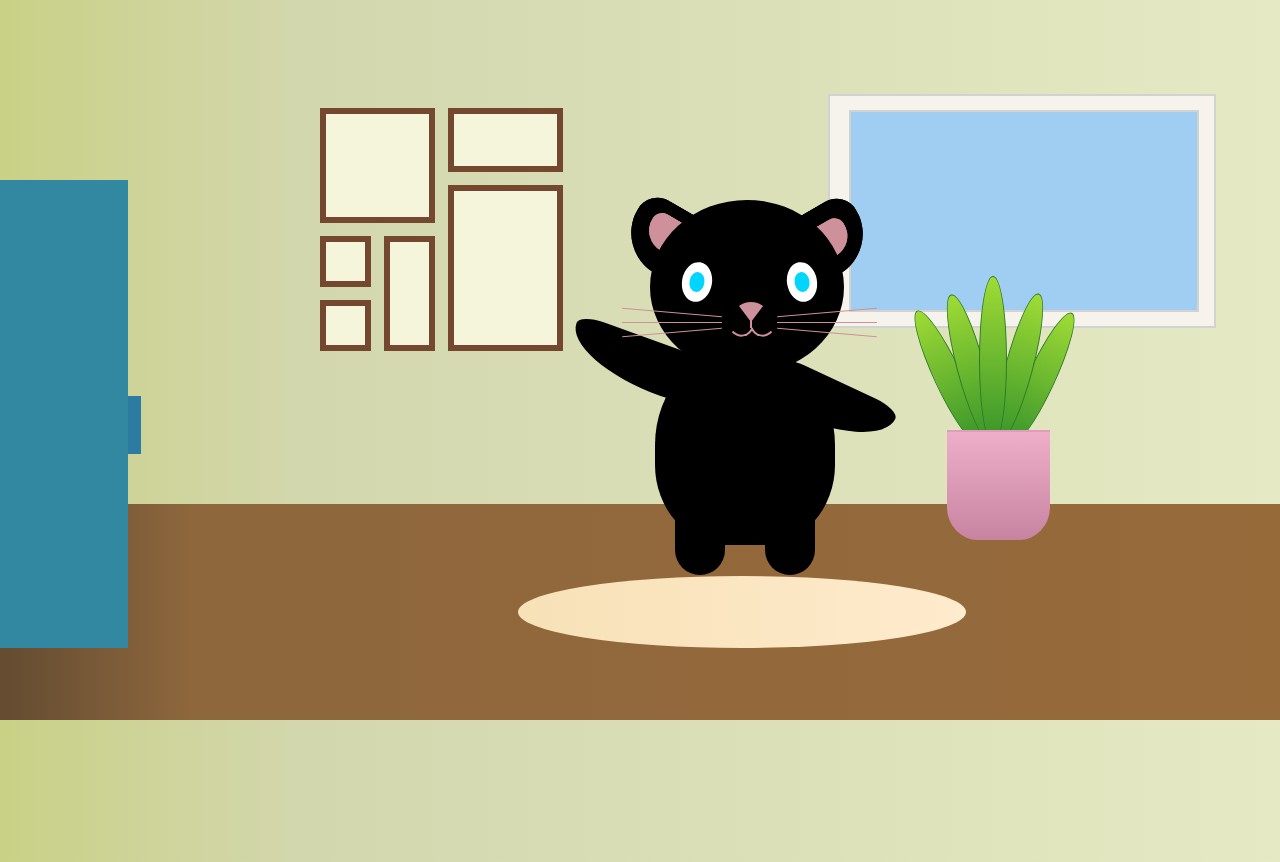
Repository: SandyLy453/COMP-2170-team-project
Page: index.html
The author's editor kept a copy of each file at every save. The page is drawn from the files as they stood at one save, then again after a run of saves.
The browser window is 1280 px wide. The pictures show the whole page.

Above is the page before, as saved 2024-05-03 14:15:59.

### index.html
<!DOCTYPE html>
<html lang="en">
<head>
    <meta charset="UTF-8">
    <meta name="viewport" content="width=device-width, initial-scale=1.0">
    <title>Team Project: Doll Dress-Up Game</title>
    <link rel="stylesheet" href="styles.css" />
</head>
<body>
    <main class="main-area">
        <div class="background">
            <div class="floor"></div>
            <div class="closet">
                <div class="openner"></div>
            </div>
            <div class="carpet"></div>
            <div class="window">
                <div class="outside"></div>
            </div>
            <div class="plantPot">
                <div class="leaves">
                    <div class="plant"></div>
                    <div class="plant-left-one"></div>
                    <div class="plant-right-one"></div>
                    <div class="plant-left-two"></div>
                    <div class="plant-right-two"></div>
                </div>
                <div class="pot"></div>
            </div>
            <div class="picturesCombo">
                <div class="pictures-one">
                    <div class="pic-one"></div>
                </div>
                <div class="pictures-two">
                    <div class="pic-two"></div>
                </div>
                <div class="pictures-three">
                    <div class="pic-three"></div>
                </div>
                <div class="pictures-four">
                    <div class="pic-four"></div>
                </div>
                <div class="pictures-five">
                    <div class="pic-five"></div>
                </div>
                <div class="pictures-six">
                    <div class="pic-six"></div>
                </div>
            </div>
        </div>

        <div class="character">
            <div class="cat">
                <div class="cat-head">
                    <div class="ears">

                        <div class="left-ear">
                            <div class="left-inner-ear">
                            </div>
                        </div>

                        <div class="right-ear">
                            <div class="right-inner-ear">
                            </div>
                        </div>
                    </div>

                    <div class="cat-eyes">
                        <div class="left-eye">
                            <div class="left-inner-eye">
                            </div>
                        </div>
                        <div class="right-eye">
                            <div class="right-inner-eye">
                            </div>
                        </div>
                    </div>

                    <div class="cat-nose"></div>

                    <div class="cat-mouth">
                        <div class="middle-line"></div>
                        <div class="left-line"></div>
                        <div class="right-line"></div>
                    </div>

                    <div class="cat-whiskers-left">
                        <div class="whisker-left-top"></div>
                        <div class="whisker-left-middle"></div>
                        <div class="whisker-left-bottom"></div>
                    </div>
                    <div class="cat-whiskers-right">
                        <div class="whisker-right-top"></div>
                        <div class="whisker-right-middle"></div>
                        <div class="whisker-right-bottom"></div>
                    </div>
                </div>

                <div class="cat-body">
                    <div class="arm left-arm"></div>
                    <div class="arm right-arm"></div>
                    <div class="foot left-foot"></div>
                    <div class="foot right-foot"></div>
                    <div class="tail"></div>
                </div>
            </div>
        </div>
    </main>
    <script src="script.js"></script>
</body>
</html>

### styles.css
body {
    margin: 0;
    width: 100vw;
    height: 100vh;
    background: linear-gradient(90deg, rgba(201,209,134,1) 0%, rgba(211,215,174,1) 24%, rgba(230,234,196,1) 100%);
}

/* Background styling */

.background {
    z-index: -100;
}

.floor {
    position: absolute;
    bottom: 0;
    width: 100vw;
    height: 30vh;
    background: linear-gradient(90deg, rgba(102,77,50,1) 1%, rgb(142, 103, 61) 15%, rgba(151,106,58,1) 100%);
    z-index: -2;
}

.closet {
    position: absolute;
    bottom: 10vh;
    left: 0;
    width: 10vw;
    height: 65vh;
    background-color: rgb(50, 135, 161);
}

.openner {
    position: relative;
    width: 1vw;
    height: 8vh;
    left: 10vw;
    bottom: -30vh;
    background-color: rgb(43, 123, 163);
}

.carpet {
    width: 35vw;
    height: 10vh;
    border-radius: 50%;
    background: linear-gradient(90deg, rgba(247,225,183,1) 0%, rgba(255,235,205,1) 100%);
    position: absolute;
    bottom: 10vh;
    right: 24.5vw;
}

.window {
    width: 30vw;
    height: 32vh;
    background-color: rgb(246, 243, 237);
    position: absolute;
    right: 5vw;
    top: 13vh;
    border: 2px solid rgb(210, 210, 210);
    z-index: -10;
}

.outside {
    width: 27vw;
    height: 27.5vh;
    background-color: rgb(160, 206, 242);
    position: relative;
    left: 1.5vw;
    top: 2vh;
    border: 2px solid rgb(210, 210, 210)
}

.plantPot {
    position: absolute;
    right: 18vw;
    bottom: 25vh;
}

.pot {
    width: 8vw;
    height: 15vh;
    background: linear-gradient(180deg, rgba(238,174,202,1) 0%, rgba(199,132,161,1) 100%);
    border-bottom-left-radius: 30%;
    border-bottom-right-radius: 30%;
    border-top: 2px solid rgb(224, 156, 186);
    z-index: 2;
}

.leaves {
    position: relative;
    top: 60vh;
    left: 0.5vw;
}

.plant {
    height: 23vh;
    width: 2vw;
    background: linear-gradient(0deg, rgba(55,148,42,1) 0%, rgba(159,219,53,1) 100%);
    z-index: -1;
    position: relative;
    top: 25vh;
    left: 2vw;
    border-radius: 100%;
    border: 1px solid rgb(47, 124, 37);
}

.plant-left-one {
    height: 21vh;
    width: 2vw;
    background: linear-gradient(0deg, rgba(55,148,42,1) 0%, rgba(159,219,53,1) 100%);
    z-index: -2;
    position: relative;
    top: 4vh;
    left: 0.25vw;
    border-radius: 100%;
    border: 1px solid rgb(47, 124, 37);
    transform: rotate(-15deg);
}

.plant-right-one {
    height: 21vh;
    width: 2vw;
    background: linear-gradient(0deg, rgba(55,148,42,1) 0%, rgba(159,219,53,1) 100%);
    z-index: -3;
    position: relative;
    top: -17.5vh;
    left: 4vw;
    border-radius: 100%;
    border: 1px solid rgb(47, 124, 37);
    transform: rotate(15deg);
}

.plant-left-two {
    height: 20vh;
    width: 2vw;
    background: linear-gradient(0deg, rgba(55,148,42,1) 0%, rgba(159,219,53,1) 100%);
    z-index: -4;
    position: relative;
    top: -37vh;
    left: -1.5vw;
    border-radius: 100%;
    border: 1px solid rgb(47, 124, 37);
    transform: rotate(-25deg);
}

.plant-right-two {
    height: 20vh;
    width: 2vw;
    background: linear-gradient(0deg, rgba(55,148,42,1) 0%, rgba(159,219,53,1) 100%);
    z-index: -5;
    position: relative;
    top: -57vh;
    left: 5.75vw;
    border-radius: 100%;
    border: 1px solid rgb(47, 124, 37);
    transform: rotate(25deg);
}

.picturesCombo {
    position: absolute;
    left: 25vw;
    top: 15vh;
    z-index: -10;
}

.pictures-one {
    position: relative;
    width: 9vw;
    height: 9vw;
    background-color: rgb(115, 72, 47);
    box-shadow: 0 5px 5px rgba(, 200, 200, 0.5);
}

.pictures-two {
    position: relative;
    top: 1vw;
    width: 4vw;
    height: 4vw;
    background-color: rgb(115, 72, 47);
}

.pictures-three {
    position: relative;
    top: 2vw;
    width: 4vw;
    height: 4vw;
    background-color: rgb(115, 72, 47);
}

.pictures-four {
    position: relative;
    top: -7vw;
    left: 5vw;
    width: 4vw;
    height: 9vw;
    background-color: rgb(115, 72, 47);
}

.pictures-five {
    position: relative;
    top: -26vw;
    left: 10vw;
    width: 9vw;
    height: 5vw;
    background-color: rgb(115, 72, 47);
}

.pictures-six {
    position: relative;
    top: -25vw;
    left: 10vw;
    width: 9vw;
    height: 13vw;
    background-color: rgb(115, 72, 47);
}

.pic-one {
    position: relative;
    width: 8vw;
    height: 8vw;
    background-color: beige;
    top: 0.5vw;
    left: 0.5vw;
}

.pic-two {
    position: relative;
    width: 3vw;
    height: 3vw;
    background-color: beige;
    top: 0.5vw;
    left: 0.5vw;
}

.pic-three {
    position: relative;
    width: 3vw;
    height: 3vw;
    background-color: beige;
    top: 0.5vw;
    left: 0.5vw;
}

.pic-four {
    position: relative;
    width: 3vw;
    height: 8vw;
    background-color: beige;
    top: 0.5vw;
    left: 0.5vw;
}

.pic-five {
    position: relative;
    width: 8vw;
    height: 4vw;
    background-color: beige;
    top: 0.5vw;
    left: 0.5vw;
}

.pic-six {
    position: relative;
    width: 8vw;
    height: 12vw;
    background-color: beige;
    top: 0.5vw;
    left: 0.5vw;
}



/* Cat styling */

.cat-head {
    position: absolute;
    right: 0;
    left: 650px;
    top: 200px;
    bottom: 0;
    background-color: black;
    width: 190px;
    height: 170px;
    border: 2px solid black;
    border-radius: 50%;
}

.left-ear {
    position: absolute;
    z-index: -1;
    top: 0;
    left: -25px;
    border-top-left-radius: 80px;
    border-top-right-radius: 40px;
    transform: rotate(-60deg);
    border-left: 35px solid black;
    border-right: 35px solid black;
    border-bottom: 70px solid black;
}

.right-ear {
    position: absolute;
    z-index: -1;
    top: 1px;
    left: 145px;
    border-top-left-radius: 40px;
    border-top-right-radius: 80px;
    transform: rotate(60deg);
    border-left: 35px solid black;
    border-right: 35px solid black;
    border-bottom: 70px solid black;
}

.left-inner-ear {
    position: absolute;
    top: 0;
    left: -30px;
    transform: scale(0.5);
    border-top-left-radius: 80px;
    border-top-right-radius: 40px;
    border-bottom-right-radius: 40%;
    border-bottom-left-radius: 40%;
    border-left: 35px solid rgb(206, 144, 154);
    border-right: 35px solid rgb(206, 144, 154);
    border-bottom: 70px solid rgb(206, 144, 154);
}

.right-inner-ear {
    position: absolute;
    top: 0px;
    left: -35px;
    transform: scale(0.5);
    border-top-left-radius: 40px;
    border-top-right-radius: 80px;
    border-bottom-right-radius: 40%;
    border-bottom-left-radius: 40%;
    border-left: 35px solid rgb(206, 144, 154);
    border-right: 35px solid rgb(206, 144, 154);
    border-bottom: 70px solid rgb(206, 144, 154);
}

.left-eye {
    position: absolute;
    top: 60px;
    left: 30px;
    border-radius: 60%;
    transform: rotate(10deg);
    width: 30px;
    height: 40px;
    background-color: white;
}

.right-eye {
    position: absolute;
    top: 60px;
    left: 135px;
    border-radius: 60%;
    transform: rotate(-10deg);
    width: 30px;
    height: 40px;
    background-color: white;
}

.left-inner-eye {
    position: absolute;
    top: 0px;
    left: 0px;
    border-radius: 60%;
    transform: scale(0.5);
    width: 30px;
    height: 40px;
    background-color: rgb(0, 213, 255);
}

.right-inner-eye {
    position: absolute;
    top: 0px;
    left: 0px;
    border-radius: 60%;
    transform: scale(0.5);
    width: 30px;
    height: 40px;
    background-color: rgb(0, 213, 255);
}

.cat-nose {
    position: absolute;
    top: 100px;
    left: 84px;
    border-top-left-radius: 50%;
    border-top-right-radius: 50%;
    border-bottom-right-radius: 50%;
    border-bottom-left-radius: 50%;
    transform: rotate(180deg);
    border-left: 15px solid transparent;
    border-right: 15px solid transparent;
    border-bottom: 20px solid rgb(206, 144, 154);
}

/* .cat-mouth div{
    position: absolute;
    top: 50px;
    width: 30px;
    height: 50px;
    border: 2px solid rgb(206, 144, 154);
    border-radius: 190%/190px;
    border-color: rgb(206, 144, 154) transparent transparent transparent;
} */

.left-line {
    position: absolute;
    top: 81px;
    left: 69.5px;
    width: 30px;
    height: 50px;
    border: 2px solid rgb(206, 144, 154);
    border-radius: 80%;
    transform: rotate(170deg);
    border-color: rgb(206, 144, 154) transparent transparent transparent;
}

.middle-line {
    position: absolute;
    top: 120px;
    left: 94px;
    width: 10px;
    height: 2px;
    background-color: rgb(206, 144, 154);
    transform: rotate(90deg);
}

.right-line {
    position: absolute;
    top: 81px;
    left: 95.5px;
    width: 30px;
    height: 50px;
    border: 2px solid rgb(206, 144, 154);
    border-radius: 80%;
    transform: rotate(190deg);
    border-color: rgb(206, 144, 154) transparent transparent transparent;
}

.whisker-left-top {
    position: absolute;
    top: 110px;
    left: -30px;
    transform: rotate(5deg);
    width: 100px;
    height: 1px;
    background-color: rgb(206, 144, 154);
}

.whisker-left-middle {
    position: absolute;
    top: 120px;
    left: -30px;
    transform: rotate(0deg);
    width: 100px;
    height: 1px;
    background-color: rgb(206, 144, 154);
}

.whisker-left-bottom {
    position: absolute;
    top: 130px;
    left: -30px;
    transform: rotate(-5deg);
    width: 100px;
    height: 1px;
    background-color: rgb(206, 144, 154);
}

.whisker-right-top {
    position: absolute;
    top: 110px;
    left: 125px;
    transform: rotate(-5deg);
    width: 100px;
    height: 1px;
    background-color: rgb(206, 144, 154);
}

.whisker-right-middle {
    position: absolute;
    top: 120px;
    left: 125px;
    transform: rotate(0deg);
    width: 100px;
    height: 1px;
    background-color: rgb(206, 144, 154);
}

.whisker-right-bottom {
    position: absolute;
    top: 130px;
    left: 125px;
    transform: rotate(5deg);
    width: 100px;
    height: 1px;
    background-color: rgb(206, 144, 154);
}

.cat-body {
    position: absolute;
    width: 180px;
    height: 200px;
    border-left: 80px;
    border-right: 80px;
    top: 345px;
    left: 655px;
    background-color: black;
    border-top-left-radius: 100%;
    border-top-right-radius: 100%;
    border-bottom-left-radius: 80%;
    border-bottom-right-radius: 80%;
}

.arm {
    width: 50px;
    height: 130px;
    background-color: black;
    border-radius: 30% 30% 30% 120%;
    z-index: -2;
}

.left-arm {
    position: absolute;
    top: 60px;
    left: 30px;
    transform-origin: top left;
    transform: rotate(110deg) scaleX(-1);
}

.right-arm {
    position: absolute;
    top: -5px;
    left: 150px;
    transform: rotate(-65deg);
}

.foot {
    background-color: black;
    height: 80px;
    width: 50px;
    border-left: 100px;
    border-right: 100px;
    border-radius: 0 0 50px 50px;
}

.left-foot {
    position: absolute;
    top: 150px;
    left: 20px;
}

.right-foot {
    position: absolute;
    top: 150px;
    left: 110px;
}

.tail {
    position: absolute;
    width: 200px;
    height: 100px;
    border-radius: 50%;

}

### script.js
const shirts = ["shirt1","shirt2","shirt3","shirt4", "shirt5"]

const bottoms = ["bottom1","bottom2","bottom3","bottom4", "bottom5"]

const accessories = ["acc1","acc2","acc3","acc4", "acc5"]

After the next 2 saves:
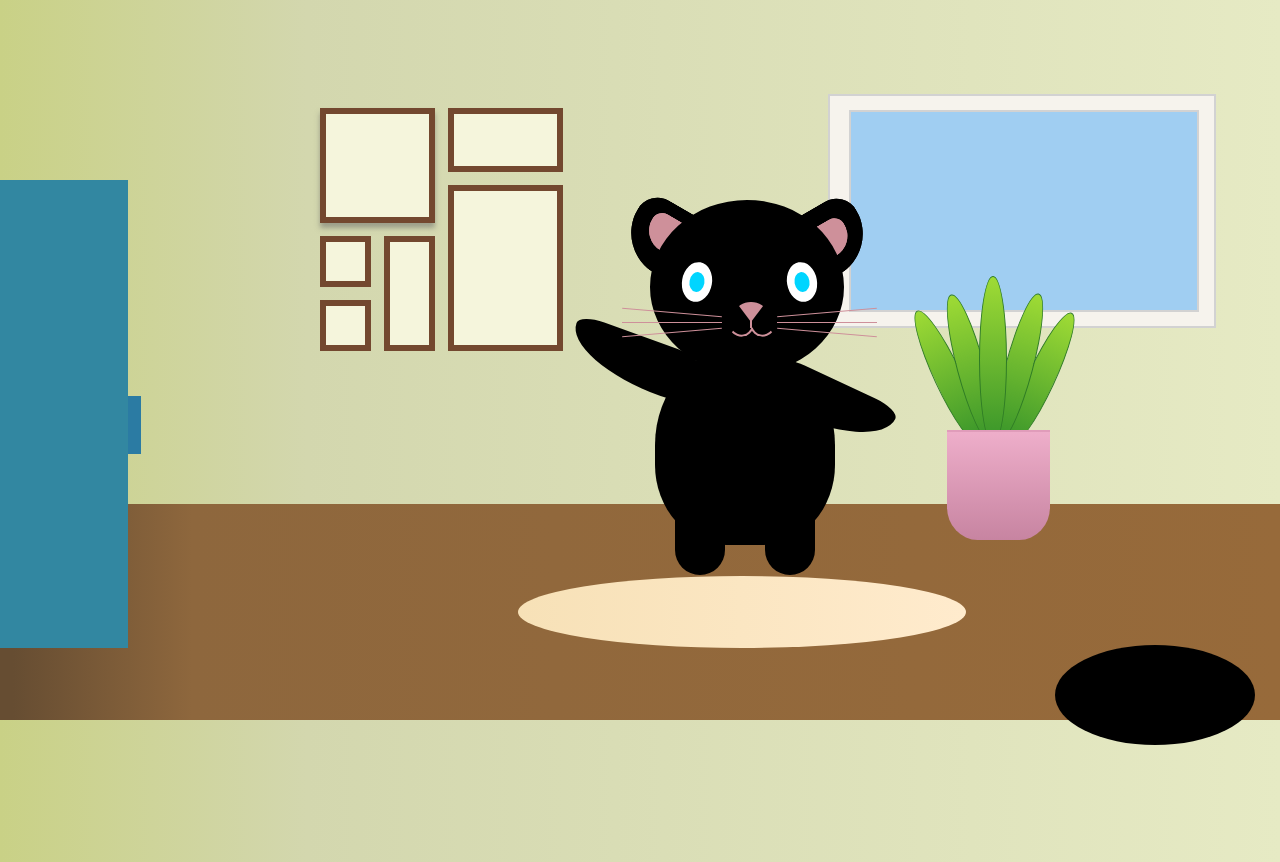
The 2 saves are shown as one change because they came seconds apart.
The last was saved 30 s later.
--- a/styles.css
+++ b/styles.css
@@ -167,7 +167,7 @@ body {
     width: 9vw;
     height: 9vw;
     background-color: rgb(115, 72, 47);
-    box-shadow: 0 5px 5px rgba(, 200, 200, 0.5);
+    box-shadow: 0 5px 5px rgba(100, 100, 100, 0.5);
 }
 
 .pictures-two {
@@ -564,5 +564,7 @@ body {
     width: 200px;
     height: 100px;
     border-radius: 50%;
-
-}
+    background-color: black;
+    top: 300px;
+    left: 400px;
+}
